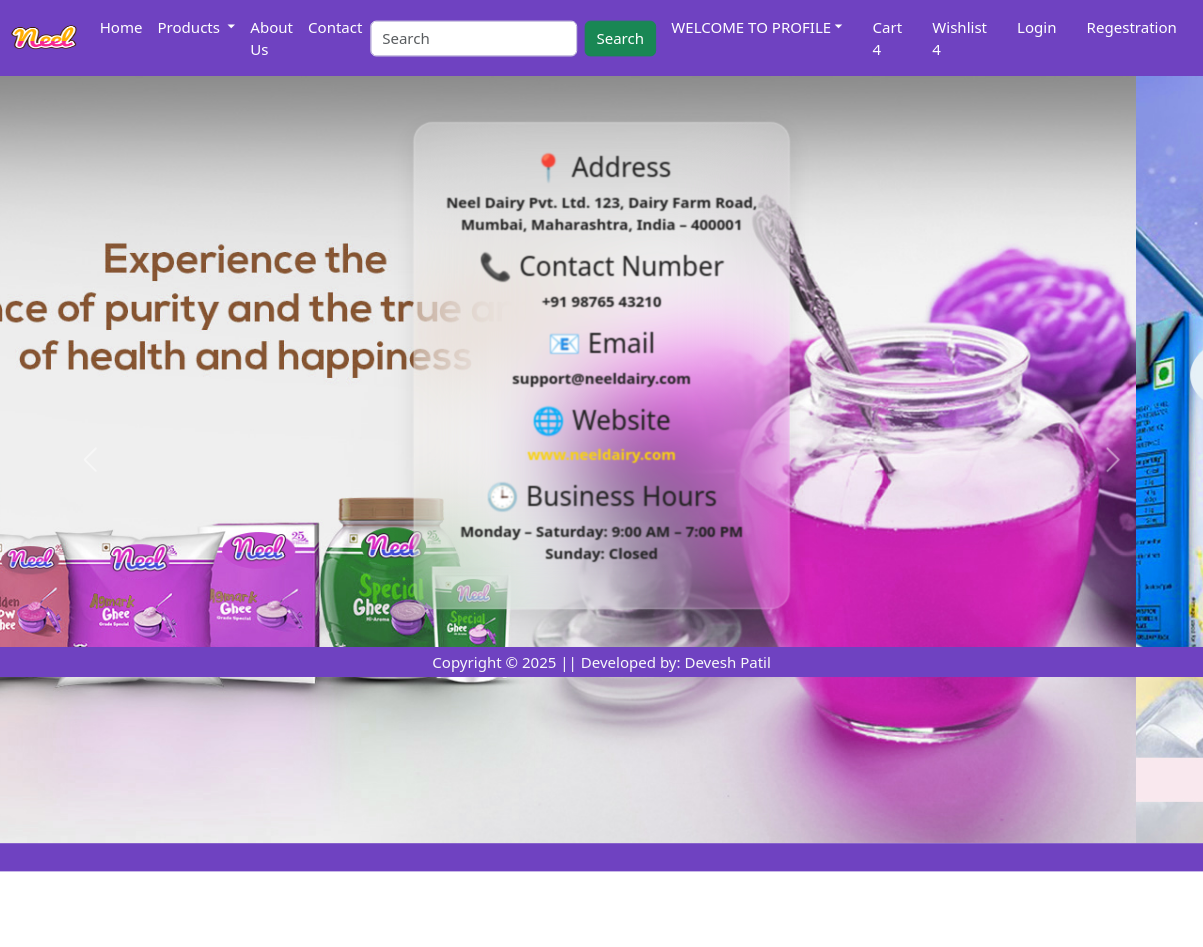
Repository: DeveshPatill/mydjango
Page: http://localhost/contact/
An editor plug-in stored every save of this project. The page is shown before and after the next save, followed by the edit.
The browser window is 1280 px wide. The pictures show the whole page, at 94% of full size.
The page is served by the project's application, run on Django 5.2 (ec/manage.py). Other server files are loaded and not shown.

Above is the page before, as saved 2025-03-23 03:04:28.

### ec/app/templates/app/contact.html
{% extends 'app/base.html' %}
{% load static %}
{% block title %}About{% endblock title %}


{% block main-content %}
<!-- Background Image Carousel -->
<div id="backgroundCarousel" class="carousel slide" data-bs-ride="carousel">
    <div class="carousel-inner">
        <div class="carousel-item active">
            <img src="{%static 'app/images/banner/b1.jpg' %}" class="d-block w-100" alt="Dairy Banner 1">
        </div>
        <div class="carousel-item">
            <img src="{%static 'app/images/banner/b2.jpg' %}" class="d-block w-100" alt="Dairy Banner 2">
        </div>
        <div class="carousel-item">
            <img src="{%static 'app/images/banner/b3.jpg' %}" class="d-block w-100" alt="Dairy Banner 3">
        </div>
    </div>

    <!-- Carousel Controls -->
    <button class="carousel-control-prev" type="button" data-bs-target="#backgroundCarousel" data-bs-slide="prev">
        <span class="carousel-control-prev-icon" aria-hidden="true"></span>
        <span class="visually-hidden">Previous</span>
    </button>
    <button class="carousel-control-next" type="button" data-bs-target="#backgroundCarousel" data-bs-slide="next">
        <span class="carousel-control-next-icon" aria-hidden="true"></span>
        <span class="visually-hidden">Next</span>
    </button>
</div>

<!-- Fixed Contact Information (Centered Bottom) -->
<div class="contact-box mx-8 mt-5">
    <h3>📍 Address</h3>
    <p>Neel Dairy Pvt. Ltd.
    123, Dairy Farm Road, Mumbai, Maharashtra, India – 400001</p>

    <h3>📞 Contact Number</h3>
    <p>+91 98765 43210</p>

    <h3>📧 Email</h3>
    <p>support@neeldairy.com</p>

    <h3>🌐 Website</h3>
    <p><a href="https://www.neeldairy.com" target="_blank">www.neeldairy.com</a></p>

    <h3>🕒 Business Hours</h3>
    <p>Monday – Saturday: 9:00 AM – 7:00 PM
    Sunday: Closed</p>
</div>

<style>
    /* Set the carousel image size */
    .carousel-item img {
        width: 100%;
        height: 816px;
        object-fit: cover;
    }

    /* Contact Box - Fixed Center Bottom */
    .contact-box {
        position: absolute;
        bottom: 10%;
        left: 50%;
        transform: translate(-50%, 0);
        background: rgba(0, 0, 0, 0.7);
        color: white;
        padding: 20px;
        border-radius: 10px;
        text-align: center;
        width: 400px;
    }

    .contact-box a {
        color: #f8d210;
        text-decoration: none;
    }

    .contact-box a:hover {
        text-decoration: underline;
    }
    .contact-box {
    background: rgba(255, 255, 255, 0.2); /* More transparent, less white */
    backdrop-filter: blur(50px) saturate(180%); /* High blur + slight saturation for mirror effect */
    -webkit-backdrop-filter: blur(50px) saturate(180%);
    border-radius: 20px; /* Smooth corners */
    padding: 30px;
    color: #222; /* Darker text for contrast */
    font-weight: bold;
    box-shadow: 0 10px 25px rgba(0, 0, 0, 0.1); /* Softer and subtle depth */
    border: 1px solid rgba(255, 255, 255, 0.3); /* Thin border for a frosted look */
    }

</style>

<nav class="navbar navbar-expand-lg navbar-dark" style="background-color: #6f42c1; height: 30px;">
    <div class="container-fluid">
    </div>
</nav>
{% endblock main-content %}

### ec/app/templates/app/base.html
<!DOCTYPE html>
{% load static %}
<html lang="en">
<head>
    <meta charset="UTF-8">
    <meta http-equiv="X-UA-Compatible" content="IE=edge">
    <meta name="viewport" content="width=device-width, initial-scale=1.0">

    <link href="https://cdn.jsdelivr.net/npm/bootstrap@5.3.3/dist/css/bootstrap.min.css" rel="stylesheet" integrity="sha384-QWTKZyjpPEjISv5WaRU9OFeRpok6YctnYmDr5pNlyT2bRjXh0JMhjY6hW+ALEwIH" crossorigin="anonymous">

    <link rel="stylesheet" href="{% static 'app/css/owl.carousel.min.css' %}" />
    <link rel="stylesheet" href="{% static 'app/css/all.min.css' %}" />
    <link rel="stylesheet" href="{% static 'app/css/style.css' %}" />

    <title> Dairy Products | {% block title %} {% endblock title %} </title>
</head>
<body>
    <nav class="navbar navbar-expand-lg navbar-dark" style="background-color: #6f42c1;">
        <div class="container-fluid">
          <a class="navbar-brand" href="#">
            <img src="{% static 'app/images/product/Neel.png' %}" width="70px" height="55px"   />
          </a>
          <button class="navbar-toggler" type="button" data-bs-toggle="collapse" data-bs-target="#navbarSupportedContent" aria-controls="navbarSupportedContent" aria-expanded="false" aria-label="Toggle navigation">
            <span class="navbar-toggler-icon"></span>
          </button>
          <div class="collapse navbar-collapse" id="navbarSupportedContent">
            <ul class="navbar-nav me-auto mb-2 mb-lg-0">
              <li class="nav-item">
                <a class="nav-link active" aria-current="page" href="/">Home</a>
              </li>
              <li class="nav-item dropdown">
                <a class="nav-link dropdown-toggle text-white" href="#" role="button" data-bs-toggle="dropdown" aria-expanded="false">
                  Products
                </a>
                <ul class="dropdown-menu">
                  <li><a class="dropdown-item" href="{% url 'category' 'ML' %}">Milk</a></li>
                  <li><a class="dropdown-item" href="{% url 'category' 'CR' %}">Curd</a></li>
                  <li><a class="dropdown-item" href="{% url 'category' 'MS' %}">MilkShake</a></li>
                  <li><a class="dropdown-item" href="{% url 'category' 'LS' %}">Lassi</a></li>
                  <li><a class="dropdown-item" href="{% url 'category' 'GH' %}">Ghee</a></li>
                  <li><a class="dropdown-item" href="{% url 'category' 'PN' %}">Paneer</a></li>
                  <li><a class="dropdown-item" href="{% url 'category' 'CZ' %}">Cheese</a></li>
                  <li><a class="dropdown-item" href="{% url 'category' 'IC' %}">Ice-Cream</a></li>

                </ul>
              </li>
              <li class="nav-item">
                <a class="nav-link text-white" href="{% url 'about'  %}">About Us</a>
              </li>
              <li class="nav-item">
                <a class="nav-link text-white" href="{% url 'contact'  %}">Contact</a>
              </li>

            </ul>
            <form class="d-flex" role="search">
              <input class="form-control me-2" type="search" placeholder="Search" aria-label="Search">
              <button class="btn btn-success" type="submit">Search</button>
            </form>
          </div>
          <ul class="navbar-nav me-auto mb-2 mb-lg-0">
            <li class="nav-item dropdown mx-2">
                <a class="nav-link dropdown-toggle text-white" href="#" id="profileDropdown" role="button" data-bs-toggle="dropdown" aria-expanded="false">WELCOME TO PROFILE</a>
                <ul class="dropdown-menu" aria-labelledby="profileDropdown">
                    <li><a class="dropdown-item" href="#">Profile</a></li>
                    <li><a class="dropdown-item" href="#">Orders</a></li>
                    <li><a class="dropdown-item" href="#">Change Password</a></li>
                    <li><a class="dropdown-item" href="#">Logout</a></li>
                </ul>
            </li>
            <li class="nav-item mx-2">
                <a href="#" class="nav-link text-white">Cart 4</a>
            </li>
            <li class="nav-item mx-2">
                <a href="#" class="nav-link text-white">Wishlist 4</a>
            </li>
            <li class="nav-item mx-2">
                <a href="#" class="nav-link text-white">Login</a>
            </li>
            <li class="nav-item mx-2">
                <a href="#" class="nav-link text-white">Regestration</a>
            </li>

          </ul>
        </div>
      </nav>
      {% block banner-slider %}{% endblock banner-slider %}

      {% block information %}{% endblock information %}

      {% block main-content %}{% endblock main-content %}

    <footer class="text-center text-light py-3 fixed-bottom" style="background-color: #6f42c1; height: 5px; line-height: 2px;">
        Copyright © 2025 || Developed by: Devesh Patil
    </footer>






    <script src="https://cdn.jsdelivr.net/npm/@popperjs/core@2.11.8/dist/umd/popper.min.js" integrity="sha384-I7E8VVD/ismYTF4hNIPjVp/Zjvgyol6VFvRkX/vR+Vc4jQkC+hVqc2pM8ODewa9r" crossorigin="anonymous"></script>
    <script src="https://cdn.jsdelivr.net/npm/bootstrap@5.3.3/dist/js/bootstrap.min.js" integrity="sha384-0pUGZvbkm6XF6gxjEnlmuGrJXVbNuzT9qBBavbLwCsOGabYfZo0T0to5eqruptLy" crossorigin="anonymous"></script>

    <script src=https://cdnjs.cloudflare.com/ajax/libs/jquery/3.7.1/jquery.min.js></script>


    <script script="{% static 'app/js/owl.carousel.min.js' %}"></script>
    <script script="{% static 'app/js/all.min.js' %}"></script>
    <script script="{% static 'app/js/myscript.js' %}"></script>

</body>
</html>

### ec/app/views.py
from django.shortcuts import render
from django.http import HttpResponse
from django.views import View
from urllib import request
from . models import Product
from django.db.models import Count

# Create your views here.
def home(request):
    return render(request,"app/home.html")

def about(request):
    return render(request,"app/about.html")

def contact(request):
    return render(request,"app/contact.html")


class CategoryView(View):
    def get(self,request,val):
        product = Product.objects.filter(category=val)
        title=Product.objects.filter(category=val).values('title')
        return render(request,"app/category.html",locals())

class CategoryTitle(View):
    def get(self,request,val):
        product = Product.objects.filter(title=val)
        title = Product.objects.filter(category=product[0].category).values('title')
        return render(request,"app/category.html",locals())


class ProductDetail(View):
    def get(self,request,pk):
        product = Product.objects.get(pk=pk)
        return render(request,"app/productdetail.html",locals())

### ec/ec/urls.py
"""
URL configuration for ec project.

The `urlpatterns` list routes URLs to views. For more information please see:
    https://docs.djangoproject.com/en/5.1/topics/http/urls/
Examples:
Function views
    1. Add an import:  from my_app import views
    2. Add a URL to urlpatterns:  path('', views.home, name='home')
Class-based views
    1. Add an import:  from other_app.views import Home
    2. Add a URL to urlpatterns:  path('', Home.as_view(), name='home')
Including another URLconf
    1. Import the include() function: from django.urls import include, path
    2. Add a URL to urlpatterns:  path('blog/', include('blog.urls'))
"""

from django.contrib import admin
from django.urls import path,include

urlpatterns = [
    path("admin/", admin.site.urls),
    path("", include("app.urls")),

]

### ec/app/urls.py
from django.urls import path
from .import views
from django.conf import settings
from django.conf.urls.static import static

urlpatterns = [
    path("",views.home),
    path("about/",views.about,name="about"),
    path("contact/",views.contact,name="contact"),
    path("category/<slug:val>",views.CategoryView.as_view(),name="category"),
    path("category-title/<val>",views.CategoryTitle.as_view(),name='category-title'),
    path("product-detail/<int:pk>",views.ProductDetail.as_view(),name="product-detail"),
]+static(settings.MEDIA_URL,document_root=settings.MEDIA_ROOT)

### ec/app/static/app/css/style.css
.owl-carousel .item{
 /* border: 1px solid black; */
 font-size: 24px;
 text-align: center;
 margin-top: 20px;
 transition: transform .5s ease;
}

 .owl-carousel .item:hover{
    /* border: 1px solid black; */
    transform : scale(1.1);
}

/* .owl-carousel img{
    transition: transform .5s ease;
  }
 .owl-carousel img:hover{

    transform : scale(1.25);
} */

.owl-next{
 float:right;
}
.owl-prev{
 float:left;
}
.owl-prev span{
 font-size: 24px;
 font-weight: bold;
}
.owl-next span{
 font-size: 24px;
 font-weight: bold;
}




.buttermilk{
    background-color:#fff;background-image:linear-gradient(#fff7ef, #fff);
    background-image:-webkit-linear-gradient(#fff7ef, #fff);
    background-image:-moz-linear-gradient(#fff7ef, #fff);
    background-image:-ms-linear-gradient(#fff7ef, #fff);
    background-image:-o-linear-gradient(#fff7ef, #fff);
    padding:50px 40px;
    border:1px solid #efe8e1;
    padding-bottom:20px;
}

.smbg{
    background-color:#fff;
    background-image:linear-gradient(rgba(110, 69, 143, 0.1), #fff);
    background-image:-webkit-linear-gradient(rgba(110, 69, 143, 0.1), #fff);
    background-image:-moz-linear-gradient(rgba(110, 69, 143, 0.1), #fff);
    background-image:-ms-linear-gradient(rgba(110, 69, 143, 0.1), #fff);
    background-image:-o-linear-gradient(rgba(110, 69, 143, 0.1), #fff);
}

.curdbgpro{
    background-color:#fff;
    background-image:linear-gradient(rgba(10, 77, 123, 0.1), #fff);
    background-image:-webkit-linear-gradient(rgba(10, 77, 123, 0.1), #fff);
    background-image:-moz-linear-gradient(rgba(10, 77, 123, 0.1), #fff);
    background-image:-ms-linear-gradient(rgba(10, 77, 123, 0.1), #fff);
    background-image:-o-linear-gradient(rgba(10, 77, 123, 0.1), #fff);
}

.goodnessseccont img{
    width:100%;
}

.mlkpro{
    color:#636362;
    font-size:22px;
    line-height:22px;
    margin-bottom:15px;
    width:43%;
    margin:0 auto;
    text-align:center;

}

.goodnesssec a{
    text-decoration: none;
}


/*------------------------------------------------*/
body {
    padding-bottom: 80px; /* Adjust this value based on footer height */
}

Loaded but not shown: ec/app/static/app/css/owl.carousel.min.css (library); ec/app/static/app/css/all.min.css (library)

After the next save:
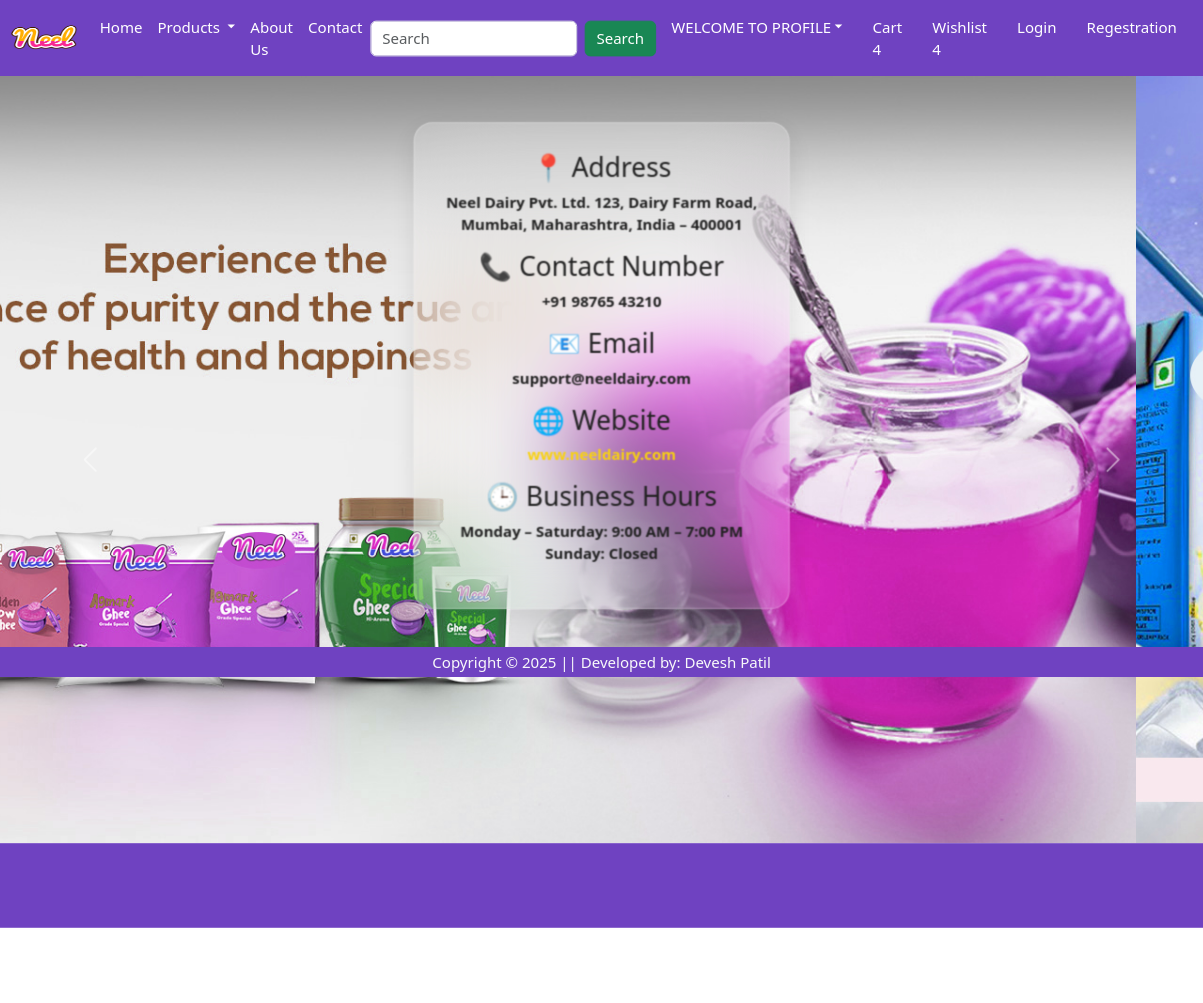
Saved 13 s later.
--- a/ec/app/templates/app/contact.html
+++ b/ec/app/templates/app/contact.html
@@ -93,7 +93,7 @@
 
 </style>
 
-<nav class="navbar navbar-expand-lg navbar-dark" style="background-color: #6f42c1; height: 30px;">
+<nav class="navbar navbar-expand-lg navbar-dark" style="background-color: #6f42c1; height: 90px;">
     <div class="container-fluid">
     </div>
 </nav>
